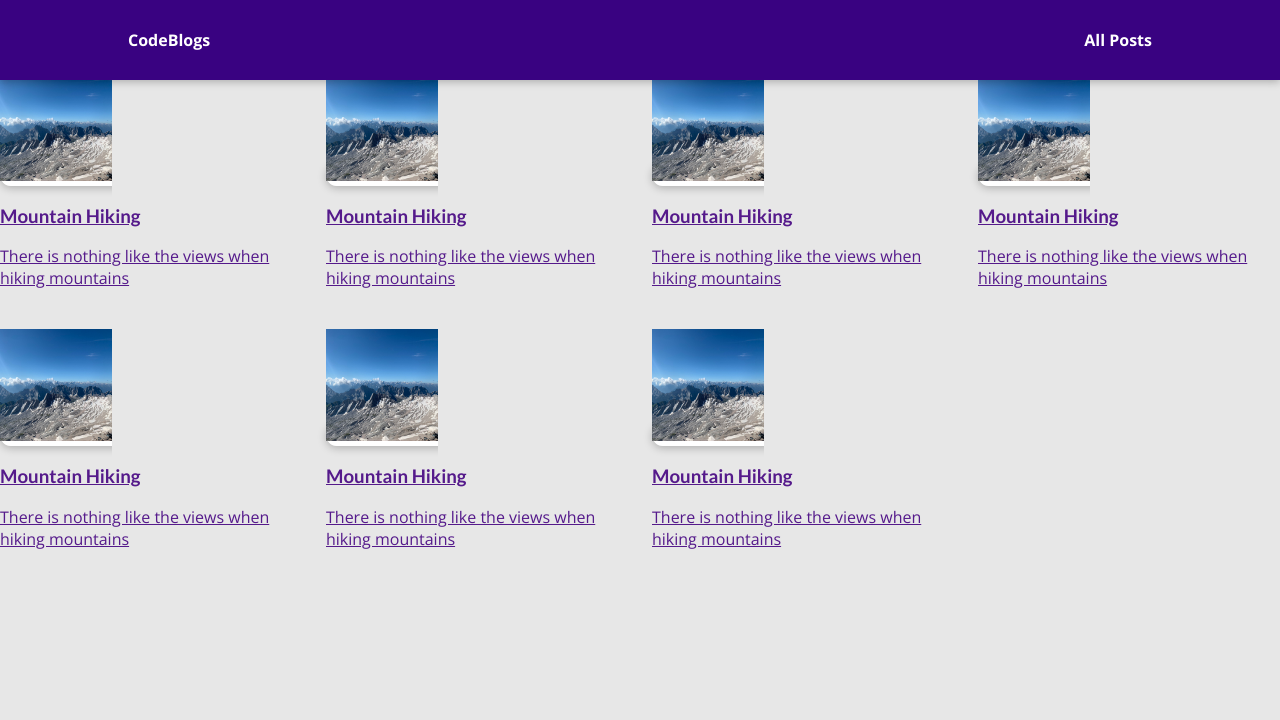
Repository: harshagr64/codeblogs
Page: http://localhost/posts
An editor plug-in stored every save of this project. The page is shown before and after the next save, followed by the edit.
The browser window is 1280 px wide. The pictures show the whole page.
The page is served by the project's application, run on Django 3.2 (manage.py). Other server files are loaded and not shown.

Above is the page before, as saved 2021-08-21 11:09:34.

### codeblogs/blog/templates/blog/all-posts.html
{% extends 'base.html' %}
{% load static %}

{% load static %}
{% block title %}All Posts{% endblock %}

{% block css_files %}
    {% comment %} <link rel="stylesheet" href="{% static "blog/index.css" %}"> {% endcomment %}
    <link rel="stylesheet" href="{% static "blog/all-posts.css" %}">
{% endblock css_files %}


{% block content %}
    <section>
        <h2>My Posts</h2>
        <ul>
            {% include "blog/includes/post.html" %}
            {% include "blog/includes/post.html" %}
            {% include "blog/includes/post.html" %}
            {% include "blog/includes/post.html" %}
            {% include "blog/includes/post.html" %}
            {% include "blog/includes/post.html" %}
            {% include "blog/includes/post.html" %}


        </ul>
    </section>

{% endblock content %}

### codeblogs/templates/base.html
{% load static %}

<!DOCTYPE html>
<html lang="en">
  <head>
    <meta charset="UTF-8" />
    <meta http-equiv="X-UA-Compatible" content="IE=edge" />
    <meta name="viewport" content="width=device-width, initial-scale=1.0" />
    <title>{% block title %}CodeBlogs{% endblock %}</title>
    <link rel="stylesheet" href="{% static "app.css" %}">
    {% block css_files %}{% endblock %}
  </head>
  <body>
  <header id="main-navigation">
        <a href = "">CodeBlogs</a>

        <nav>
            <a href = "">All Posts</a>
        </nav>
    </header>
  {% block content %}{% endblock %}
  </body>
</html>

### codeblogs/blog/templates/blog/includes/post.html
{% load static %}

<li>
  <article class="post">
    <a href="">
      <img
        src="{% static 'blog/images/mountains.jpg' %}"
        alt="Mountain Hiking"
      />
      <div class="post__content">
        <h3>Mountain Hiking</h3>
        <p>There is nothing like the views when hiking mountains</p>
      </div>
    </a>
  </article>
</li>

### codeblogs/blog/views.py
from django.shortcuts import render


def starting_page(request):
    return render(request, "blog/index.html")


def posts(request):
    return render(request, "blog/all-posts.html")


def post_detail(request):
    pass

### codeblogs/codeblogs/urls.py
"""codeblogs URL Configuration

The `urlpatterns` list routes URLs to views. For more information please see:
    https://docs.djangoproject.com/en/3.2/topics/http/urls/
Examples:
Function views
    1. Add an import:  from my_app import views
    2. Add a URL to urlpatterns:  path('', views.home, name='home')
Class-based views
    1. Add an import:  from other_app.views import Home
    2. Add a URL to urlpatterns:  path('', Home.as_view(), name='home')
Including another URLconf
    1. Import the include() function: from django.urls import include, path
    2. Add a URL to urlpatterns:  path('blog/', include('blog.urls'))
"""
from django.contrib import admin
from django.urls import path, include

urlpatterns = [
    path('admin/', admin.site.urls),
    path('', include("blog.urls") )
]

### codeblogs/blog/urls.py
from django.urls import path
from . import views

urlpatterns = [
    path("", views.starting_page, name="starting-page"),
    path("posts", views.posts, name="post-page"),
    path("posts/<slug:slug>", views.post_detail, name="post-detail-page")
]

### codeblogs/static/app.css
@import url("https://fonts.googleapis.com/css2?family=Lato:wght@400;700&family=Open+Sans:wght@400;700&display=swap");

* {
  box-sizing: border-box;
}

html {
  font-family: "Open Sans", "Lato", sans-serif;
}

body {
  margin: 0;
}

h1,
h2,
h3 {
  font-family: "Lato", sans-serif;
  font-weight: bold;
}

#main-navigation {
  width: 100%;
  height: 5rem;
  display: flex;
  justify-content: space-between;
  align-items: center;
  padding: 0 10%;
  position: absolute;
  top: 0;
  left: 0;
}

#main-navigation a {
  text-decoration: none;
  color: white;
  font-weight: bold;
}

#main-navigation a:hover,
#main-navigation a:active {
  color: #cf79f1;
}

#main-navigation h1 a:hover,
#main-navigation h1 a:active {
  color: white;
}

### codeblogs/blog/static/blog/all-posts.css
body {
    background-color: #e7e7e7;
  }

  #main-navigation {
    background-color: #390281;
    box-shadow: 0 2px 8px rgba(0, 0, 0, 0.25);
  }

  #all-posts {
    margin: 7rem auto;
    width: 90%;
    max-width: 60rem;
  }

  #all-posts h2 {
    text-align: center;
    font-size: 2rem;
    color: #2e2e2e;
    margin: 3rem 0;
  }

  ul {
    list-style: none;
    margin: 0;
    padding: 0;
    display: grid;
    grid-template-columns: repeat(auto-fill, minmax(17rem, 1fr));
    gap: 1.5rem;
  }

  .post img {
    width: 7rem;
    height: 7rem;
  }

  .post a {
    height: 22rem;
    transform-origin: center;
    box-shadow: 0 2px 8px rgba(0, 0, 0, 0.25);
    border-radius: 12px;
    background-color: white;
  }

### codeblogs/blog/static/blog/posts.css
.post {
    display: flex;
    flex-direction: column;
    align-items: center;
    text-align: center;
  }

  .post a {
    text-decoration: none;
    color: black;
    transition: all 0.2s ease;
    padding: 1rem;
  }

  .post a:hover,
  .post a:active {
    transform: scale(1.1);
    background-color: #390281;
    color: white;
  }

  .post img {
    width: 5rem;
    height: 5rem;
    object-fit: cover;
    border-radius: 50%;
  }

  .post h3 {
    margin: 0.25rem 0;
  }

  .post time {
    color: #666666;
    margin: 0.25rem;
    font-style: italic;
    font-size: 0.85rem;
  }

  .post:hover time,
  .post:active time {
    color: white;
  }

After the next save:
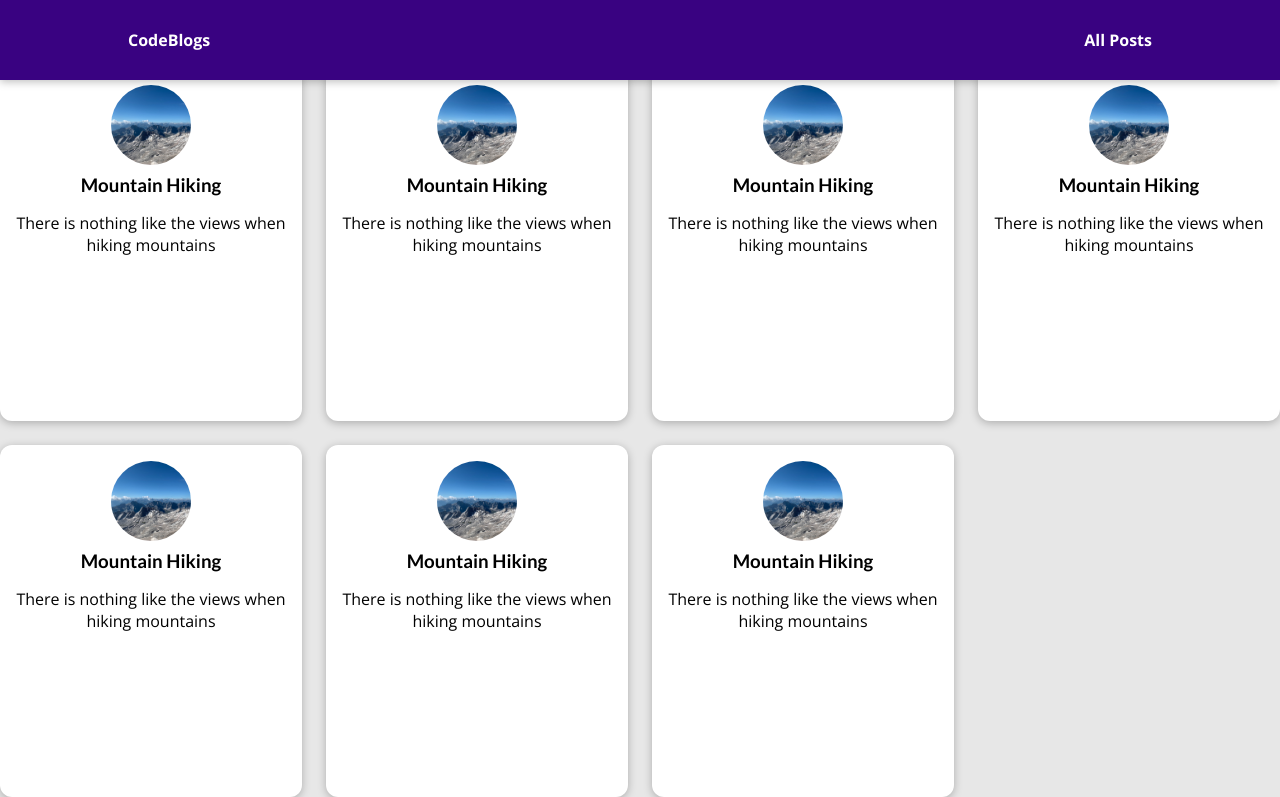
Saved 13 s later.
--- a/codeblogs/blog/templates/blog/all-posts.html
+++ b/codeblogs/blog/templates/blog/all-posts.html
@@ -7,6 +7,7 @@
 {% block css_files %}
     {% comment %} <link rel="stylesheet" href="{% static "blog/index.css" %}"> {% endcomment %}
     <link rel="stylesheet" href="{% static "blog/all-posts.css" %}">
+    <link rel="stylesheet" href="{% static "blog/posts.css" %}">
 {% endblock css_files %}
 
 
